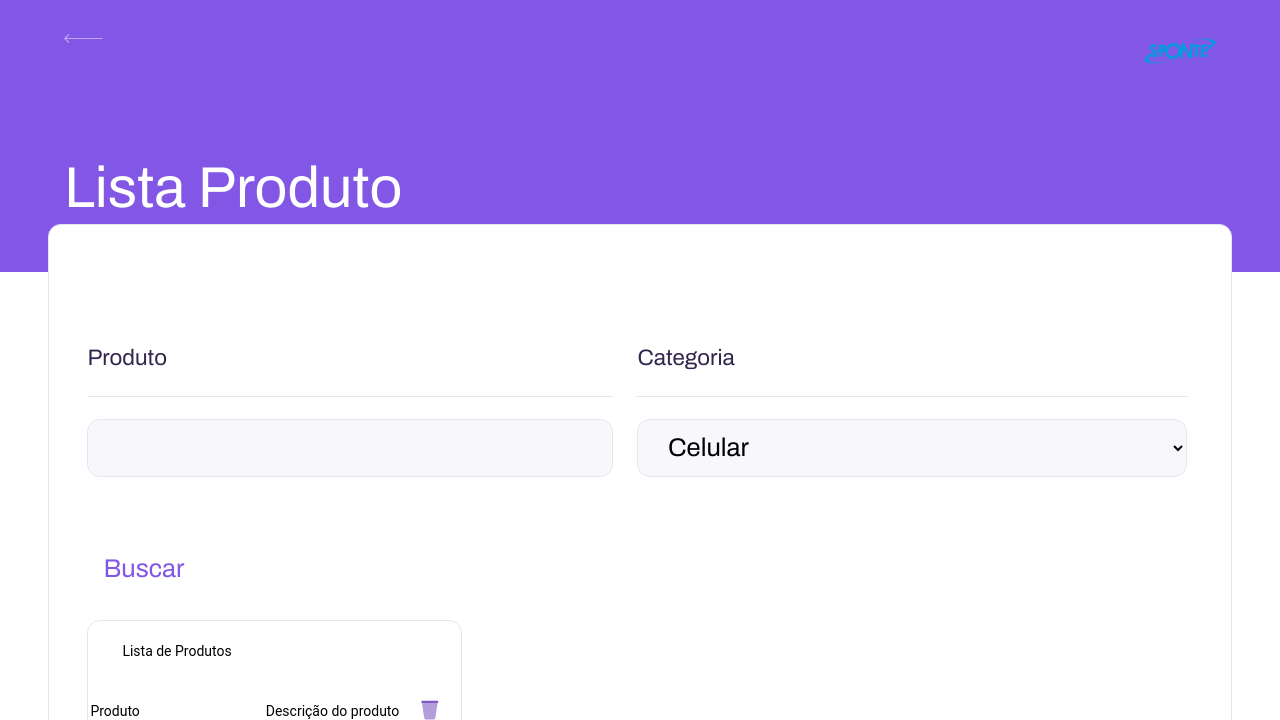
Repository: Henrique-Hoi-Dev/avalia-o-front-end
Page: /list (app in web/)
The author's editor kept a copy of each file at every save. The page is drawn from the files as they stood at one save, then again after a run of saves.
The browser window is 1280 px wide. The pictures show the whole page.
An inner scrolling area shows only its first screen. The project was rebuilt for these pictures with package versions that can differ from the ones it lists, and the page was loaded fresh each time. Also part of the build but not shown: web/src/pages/Home/styles.js, web/src/pages/Home/index.js, web/src/services/api.js, web/src/pages/RegistrationProduct/styles.js, web/src/components/HeaderRecord/styles.js, web/src/components/HeaderRecord/index.js, web/src/pages/RegistrationProduct/Avatarinput/styles.js, web/src/pages/RegistrationProduct/Avatarinput/index.js and 1 more.

Above is the page before, as saved 2020-09-02 21:39:41.

After the next 2 saves:
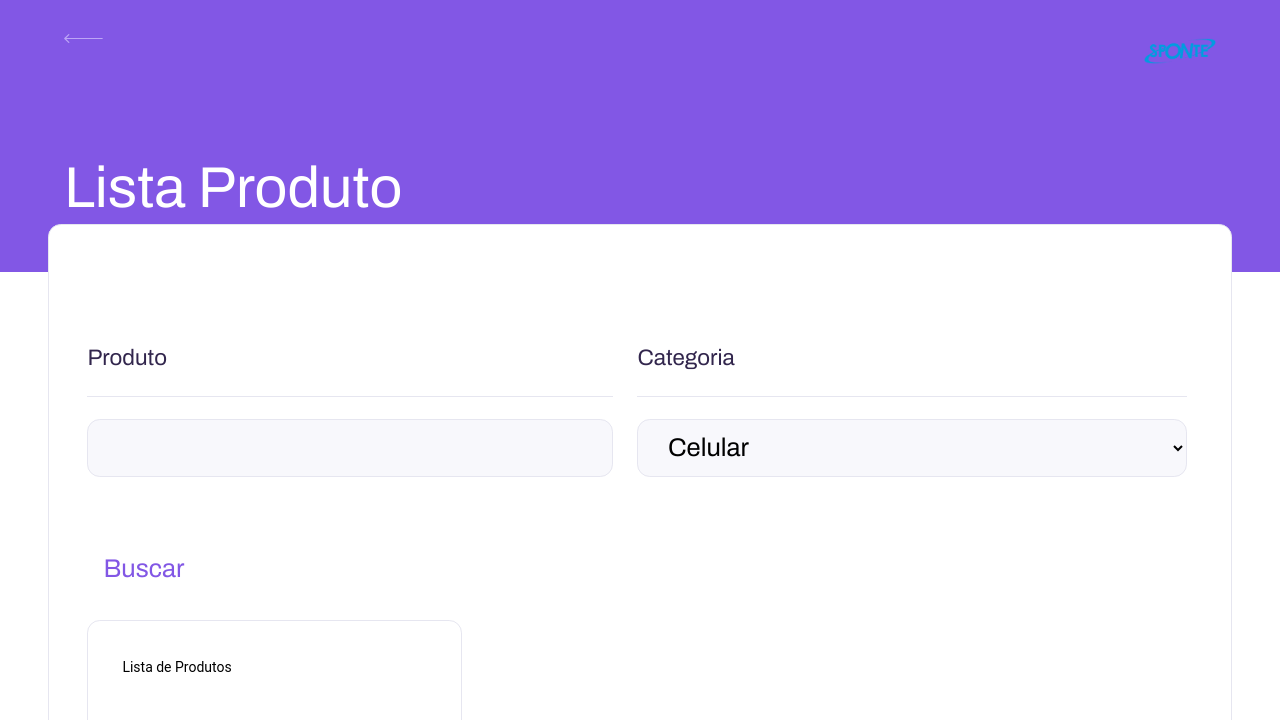
The 2 saves are shown as one change because they came seconds apart.
The last was saved 13 s later.
--- a/web/src/pages/ListProduct/styles.js
+++ b/web/src/pages/ListProduct/styles.js
@@ -78,7 +78,7 @@ export const Container = styled.div`
     overflow: hidden;
 
     thead {
-      padding: 1.2rem 2rem;
+      padding: 2.2rem 2rem;
       display: flex;
       align-items: center;
     }
